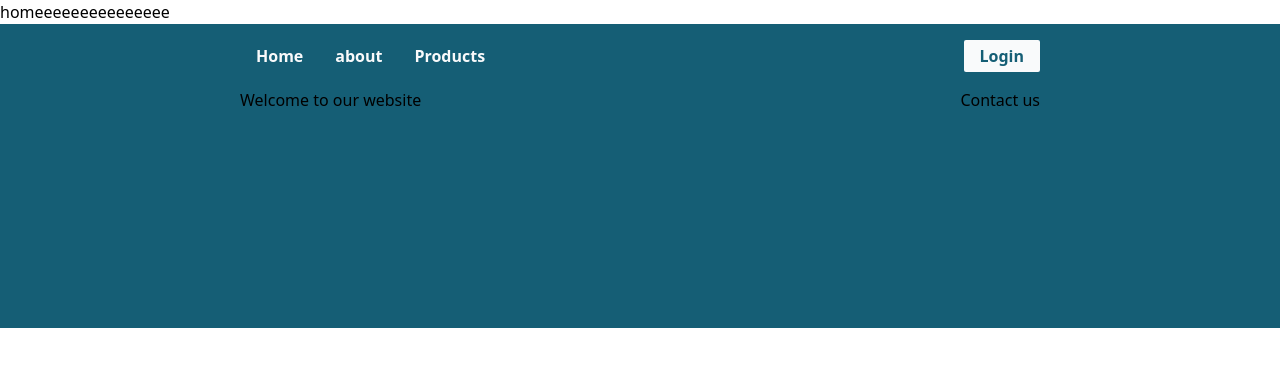
Repository: Sanaa00/svelte-test
Page: /
The author's editor kept a copy of each file at every save. The page is drawn from the files as they stood at one save, then again after the next save.
The browser window is 1280 px wide. The pictures show the whole page.
The project was rebuilt for these pictures with package versions that can differ from the ones it lists, and the page was loaded fresh each time. The framework's server and built-in components were replaced by stand-ins that run in the browser. Also part of the build but not shown: svelte.config.js, vite.config.js.

Above is the page before, as saved 2024-12-08 20:06:52.

After the next save:
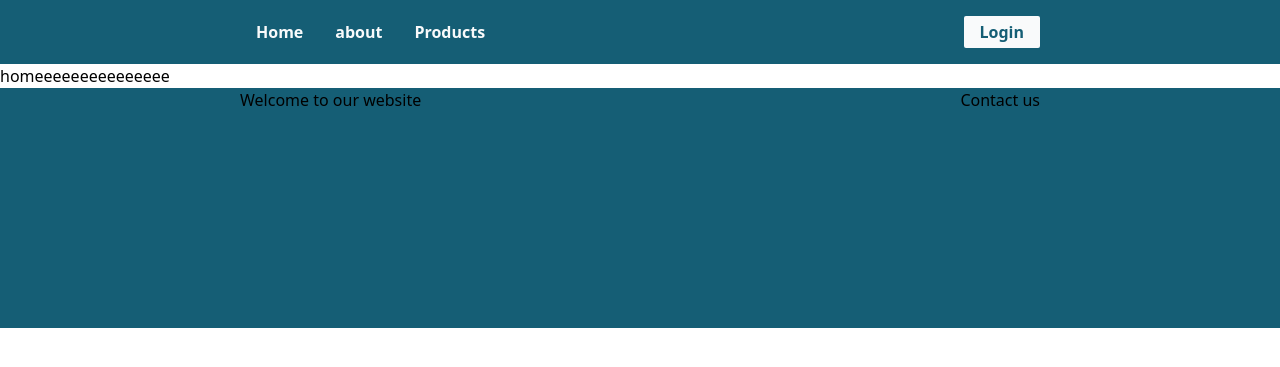
Saved 22 s later.
--- a/src/routes/+layout.svelte
+++ b/src/routes/+layout.svelte
@@ -1,12 +1,12 @@
 <script>
 	import '../app.css';
-	let { children } = $props();
+	// let { children } = $props();
 
 	import Footer from '../component/Footer.svelte';
 	import Navbar from '../component/Navbar.svelte';
 </script>
 
-{@render children()}
+<!-- {@render children()} -->
 <Navbar />
-
+<slot />
 <Footer />
